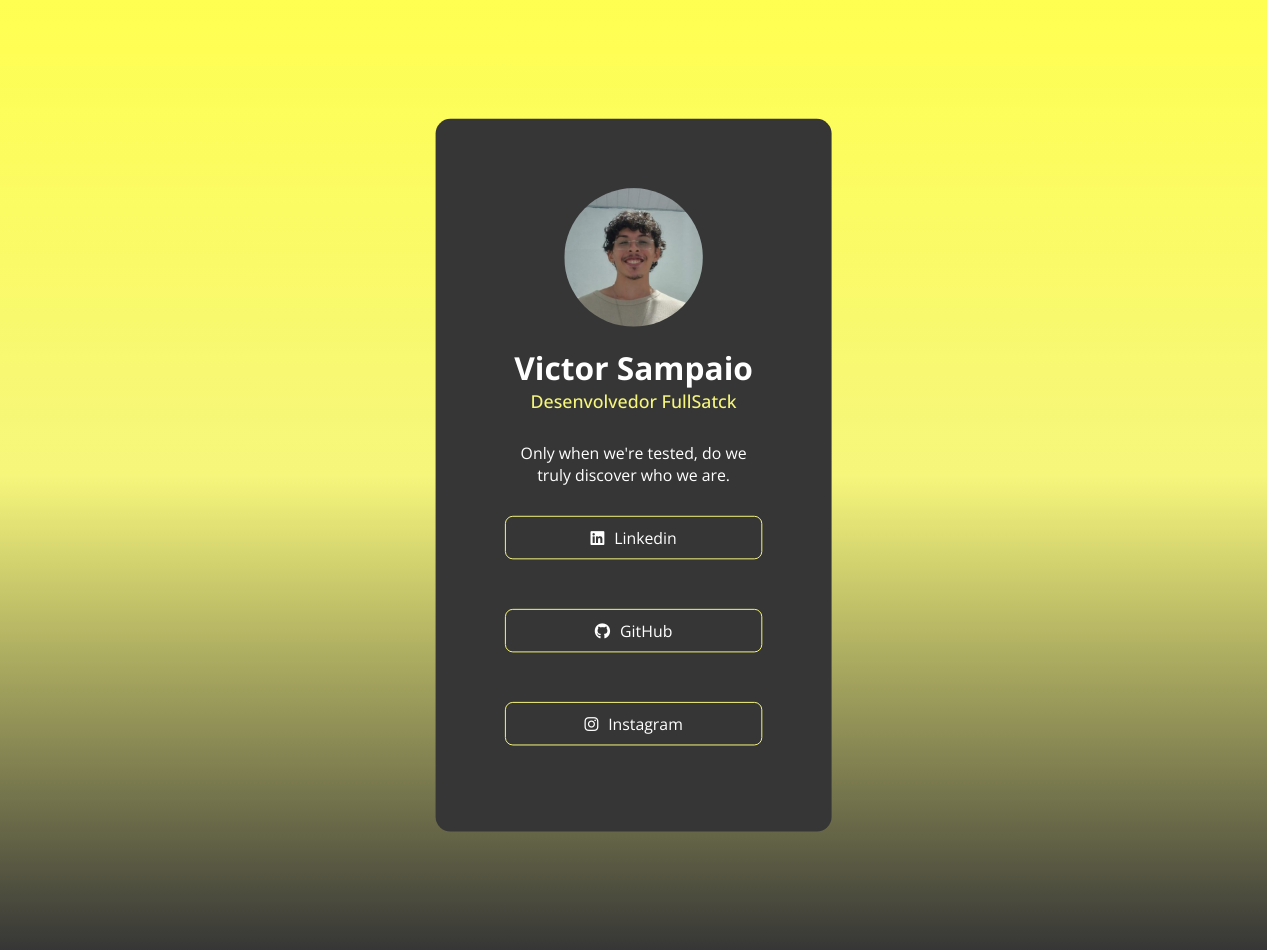
Repository: VictorSampaioDev/linkthree-gt9
Page: index.html
An editor plug-in stored every save of this project. The page is shown before and after the next save, followed by the edit.
The browser window is 1280 px wide. The pictures show the whole page, at 99% of full size.

Above is the page before, as saved 2025-04-11 11:58:21.

After the next save:
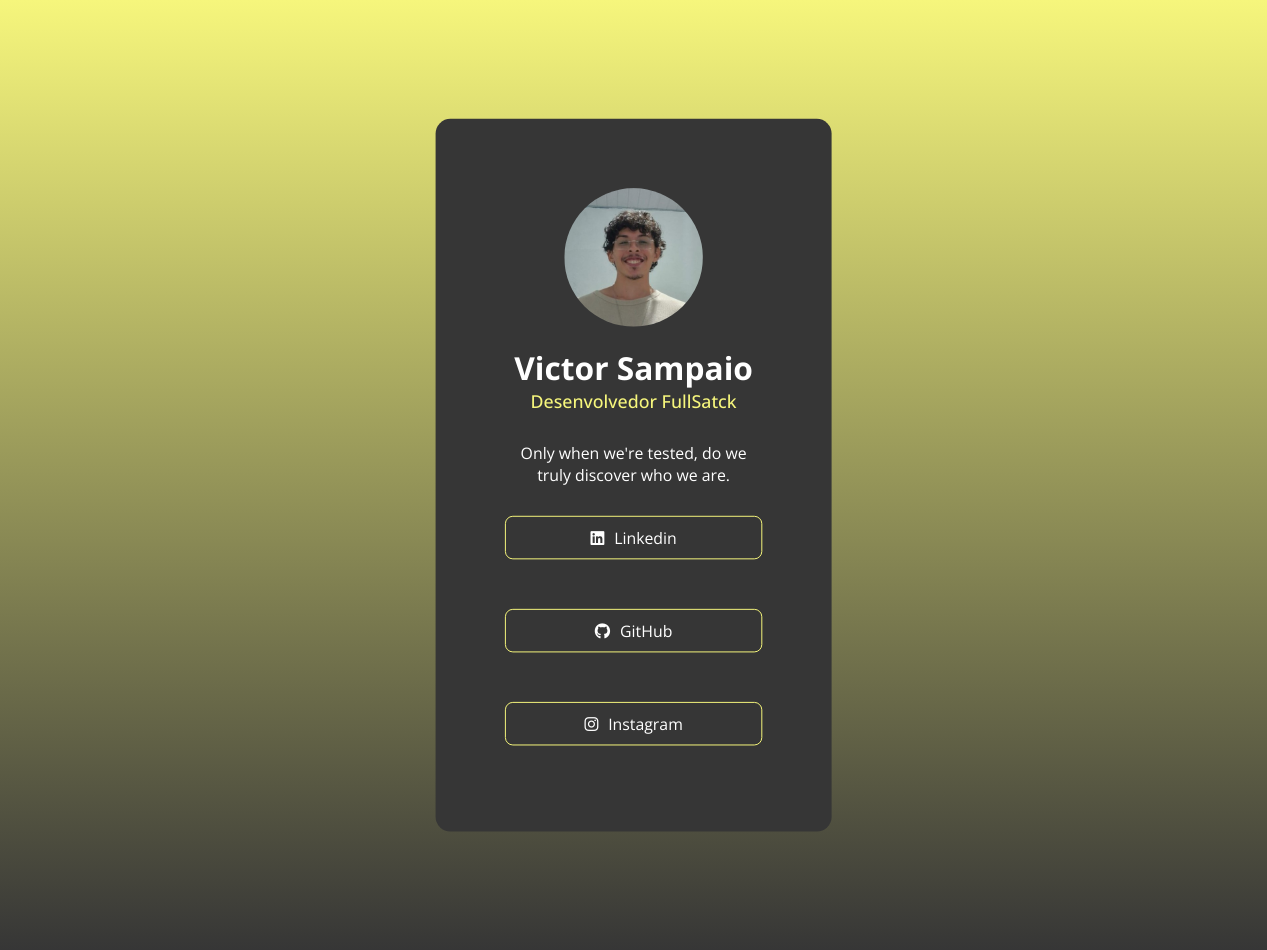
Saved 22 s later.
--- a/style.css
+++ b/style.css
@@ -7,7 +7,6 @@
 body{
     background: linear-gradient(
         to bottom,
-        rgb(255, 255, 81),
         rgb(246, 246, 124),
         rgb(54, 54, 54)
     );
